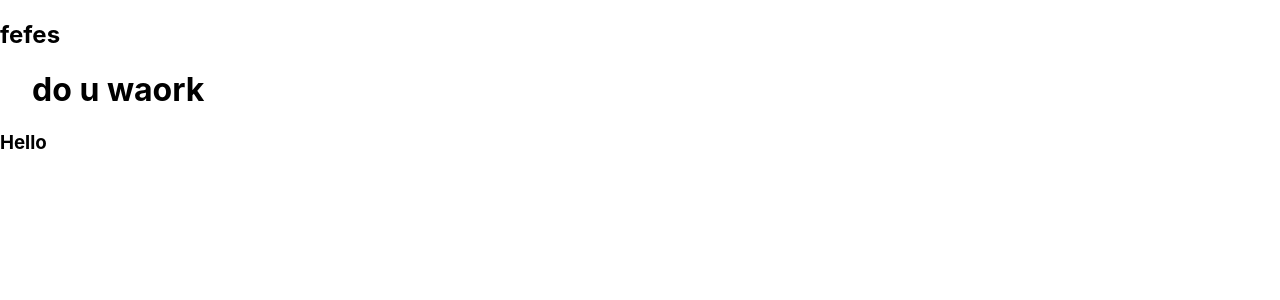
Repository: thais-chen/Anti-decision
Page: /
The author's editor kept a copy of each file at every save. The page is drawn from the files as they stood at one save, then again after the next save.
The browser window is 1280 px wide. The pictures show the whole page.
The project was rebuilt for these pictures with package versions that can differ from the ones it lists, and the page was loaded fresh each time. The framework's server and built-in components were replaced by stand-ins that run in the browser. Also part of the build but not shown: next.config.js.

Above is the page before, as saved 2022-07-14 23:19:21.

### pages/_app.js
import Layout from '../comps/Layout'
import '../styles/globals.css'

function MyApp({ Component, pageProps }) {
  return (<Layout>
<Component {...pageProps} />
  </Layout>
)
}

export default MyApp

### pages/index.js
import Head from 'next/head'
import Image from 'next/image'
import styles from '../styles/Home.module.css'

export default function Home() {
  return (
    <div className={styles.container}>
      <Head>
        <title>Anti-Decision</title>
        <meta name="description" content="Generated by create next app" />
        <link rel="icon" href="/favicon.ico" />
      </Head>
      <h1> do u waork</h1>
    </div>
  )
}

### comps/Layout.js
import Navbar from "./Navbar";
import Footer from "./Footer";


const Layout = ({children}) => {
    return (
        <div>
            <Navbar />
            {children}
            <Footer />
        </div>
      );
}

export default Layout ;

### comps/Navbar.js
const Navbar = () => {
    return (
        <nav>
            <h1>fefes</h1>
        </nav>
      );
}

export default Navbar;

### comps/Footer.js
const Footer = () => {
    return (
        <footer>
            <h3>Hello</h3>
        </footer>
      );
}

export default Footer;

Loaded but not shown: styles/globals.css (common file); styles/Home.module.css (common file)

After the next save:
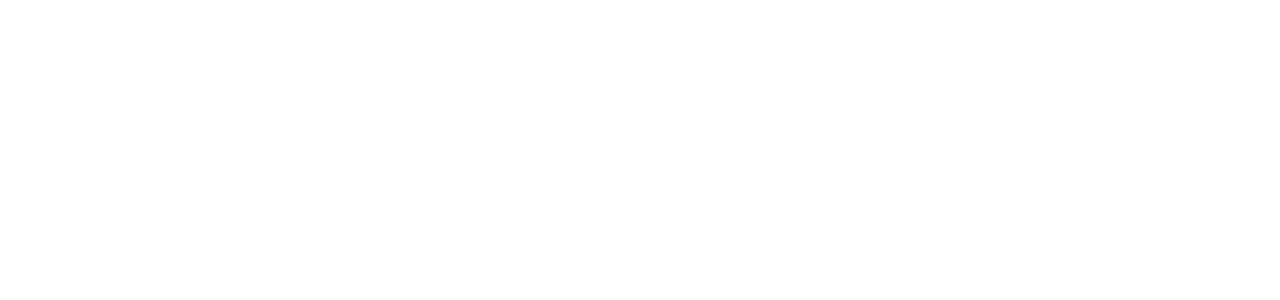
Saved 8 s later.
--- a/pages/_app.js
+++ b/pages/_app.js
@@ -2,10 +2,12 @@
 import '../styles/globals.css'
 
 function MyApp({ Component, pageProps }) {
-  return (<Layout>
+  return
+
+(<Layout>
 <Component {...pageProps} />
-  </Layout>
-)
+</Layout>)
+
 }
 
 export default MyApp

After the save that followed:
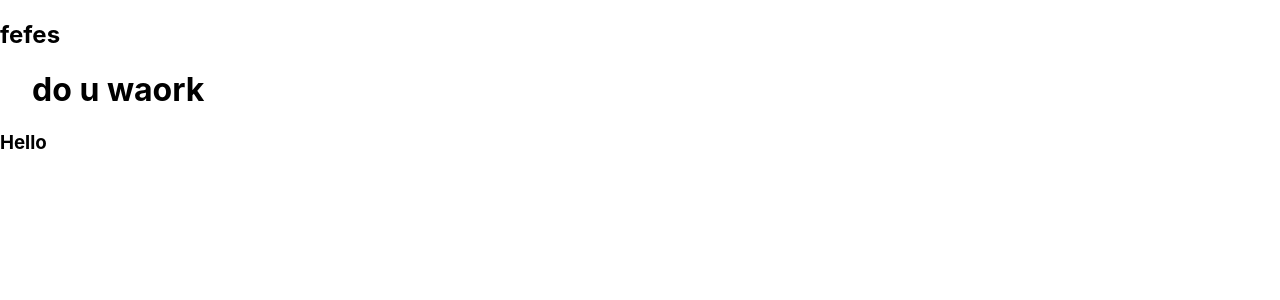
Saved 16 s later.
--- a/pages/_app.js
+++ b/pages/_app.js
@@ -2,12 +2,10 @@
 import '../styles/globals.css'
 
 function MyApp({ Component, pageProps }) {
-  return
-
-(<Layout>
+  return (<Layout>
 <Component {...pageProps} />
-</Layout>)
-
+  </Layout>
+)
 }
 
 export default MyApp
